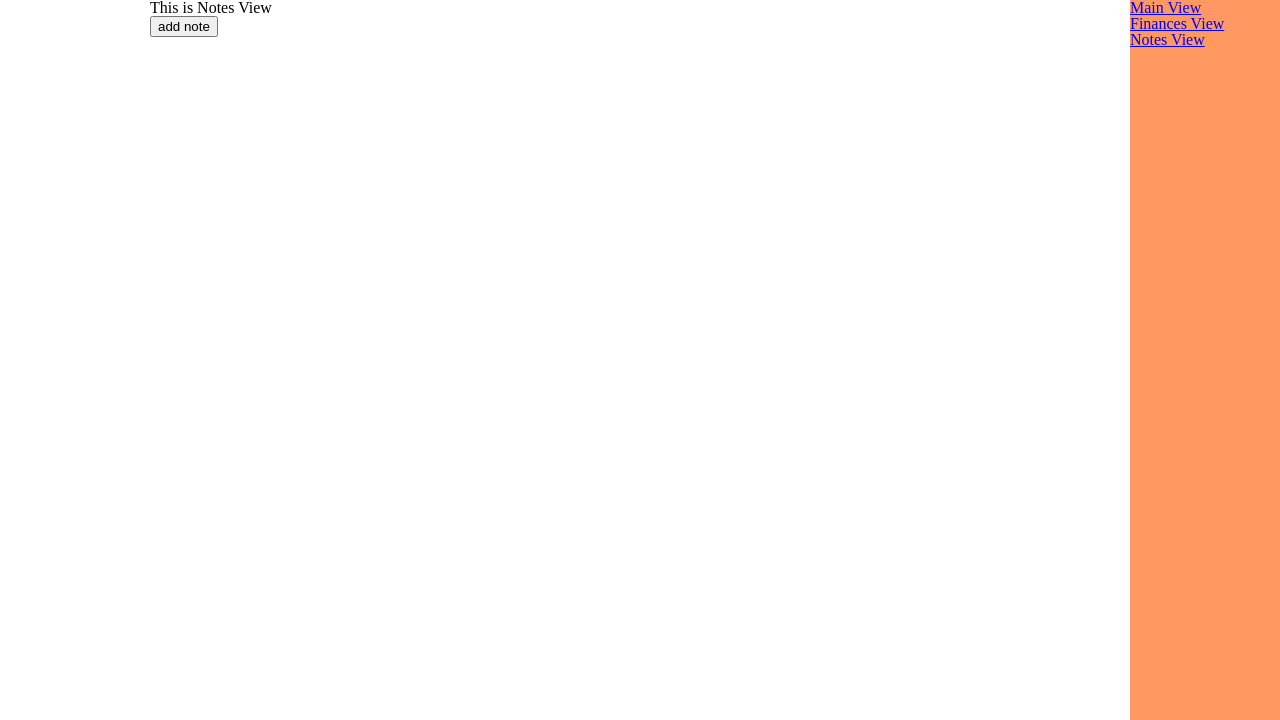
Repository: kryban93/Organiser-App
Page: /notes
The author's editor kept a copy of each file at every save. The page is drawn from the files as they stood at one save, then again after the next save.
The browser window is 1280 px wide. The pictures show the whole page.
The project was rebuilt for these pictures with package versions that can differ from the ones it lists, and the page was loaded fresh each time. Also part of the build but not shown: src/index.css, src/Components/MainView/MainView.js, src/Components/FinancesView/FinancesView.module.scss, src/Components/FinancesView/FinancesView.js, src/Components/NotesView/NotesView.scss.

Above is the page before, as saved 2020-10-13 18:42:27.

### src/App.js
import React from 'react';
import { BrowserRouter as Router, Switch, Route } from 'react-router-dom';
import './App.scss';
import MainView from './Components/MainView/MainView';
import Nav from './Components/Nav/Nav';
import FinancesView from './Components/FinancesView/FinancesView';
import NotesView from './Components/NotesView/NotesView';

function App() {
  return (
    <>
      <Router>
        <Nav />
        <main className='main'>
          <Switch>
            <Route exact path='/'>
              <MainView />
            </Route>
            <Route path='/finances'>
              <FinancesView />
            </Route>
            <Route path='/notes'>
              <NotesView />
            </Route>
          </Switch>
        </main>
      </Router>
    </>
  );
}

export default App;

### src/App.scss
@import './reset.scss';

.main {
  margin-left: 150px;
}

### src/Components/Nav/Nav.js
import React from 'react';
import './Nav.scss';
import { Link, NavLink } from 'react-router-dom';

const Nav = () => {
  return (
    <nav className='nav'>
      <div clasName='nav__menu'>
        <NavLink to='/'>
          <p>Main View</p>
        </NavLink>
        <NavLink to='/finances'>
          <p>Finances View</p>
        </NavLink>
        <NavLink to='/notes'>
          <p>Notes View</p>
        </NavLink>
      </div>
    </nav>
  );
};

export default Nav;

### src/Components/NotesView/NotesView.js
import React from 'react';
import './NotesView.scss';

const NotesView = () => {
  return (
    <div>
      <p>This is Notes View</p>

      <button>add note</button>
    </div>
  );
};

export default NotesView;

### src/Components/Nav/Nav.scss
.nav {
  background-color: #ff9961;
  position: absolute;
  top: 0;
  right: 0;
  height: 100%;
  width: 150px;
  display: flex;
}

Loaded but not shown: public/index.html (common file); src/index.js (common file); src/serviceWorker.js (common file); src/reset.scss (common file); src/index.css (no copy from this time; the picture is the same without it); src/Components/MainView/MainView.module.scss (no stored copy; drawn as an empty file)

After the next save:
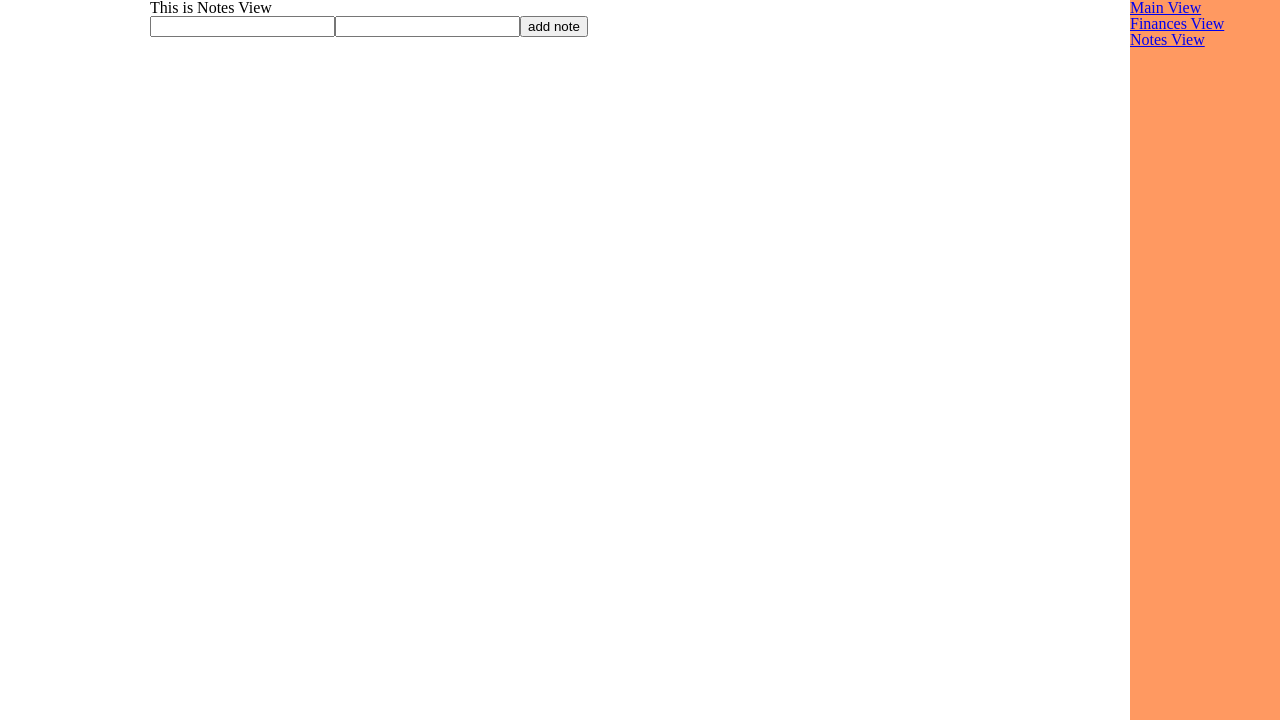
Saved 66 s later.
--- a/src/Components/NotesView/NotesView.js
+++ b/src/Components/NotesView/NotesView.js
@@ -6,7 +6,11 @@ const NotesView = () => {
     <div>
       <p>This is Notes View</p>
 
-      <button>add note</button>
+      <form>
+        <input type='text' />
+        <input />
+        <button>add note</button>
+      </form>
     </div>
   );
 };
